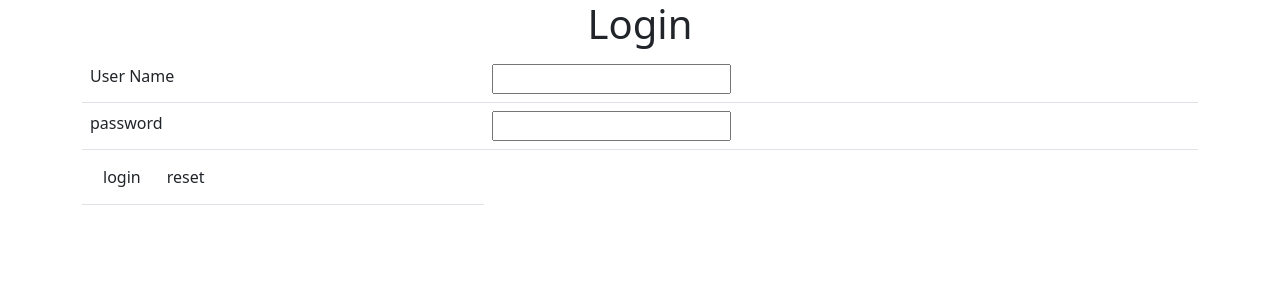
Repository: manmadharaomaruvada/servlets
Page: RequestDispatcherDemo/src/main/webapp/login.html
The author's editor kept a copy of each file at every save. The page is drawn from the files as they stood at one save, then again after the next save.
The browser window is 1280 px wide. The pictures show the whole page.

Above is the page before, as saved 2022-10-17 10:28:06.

### RequestDispatcherDemo/src/main/webapp/login.html
<!DOCTYPE html>
<html>
<head>
<meta charset="ISO-8859-1">
<!-- CSS only -->
<link
	href="https://cdn.jsdelivr.net/npm/bootstrap@5.2.2/dist/css/bootstrap.min.css"
	rel="stylesheet"
	integrity="sha384-Zenh87qX5JnK2Jl0vWa8Ck2rdkQ2Bzep5IDxbcnCeuOxjzrPF/et3URy9Bv1WTRi"
	crossorigin="anonymous">
<title>MyLoginApplication</title>
</head>
<body>
	<center>
		<h1>Login</h1>
	</center>
	<div class='container'>
		<form action="./Login" method="post">
			<table align='center' class="table">
				<tr>
					<td>User Name</td>
					<td><input type="text" name="uname" class='form-contlo' /></td>
				</tr>
				<tr>
					<td>password</td>
					<td><input type="password" name="pwd" class='form-contlo' /></td>
				</tr>
				<tr>
					<td><input type="submit" value="login" class="btn btn primary" /><input
						type="submit" value="reset" class="btn btn danger" /></td>
				</tr>
			</table>
		</form>
	</div>
</body>
</html>

After the next save:
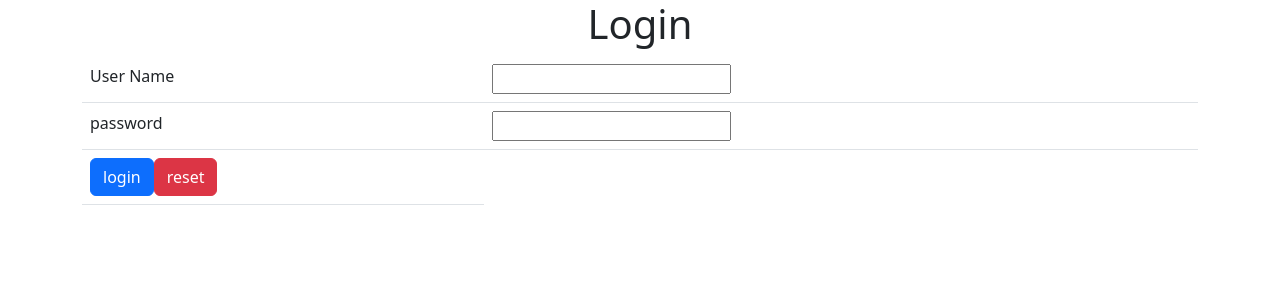
Saved 60 s later.
--- a/RequestDispatcherDemo/src/main/webapp/login.html
+++ b/RequestDispatcherDemo/src/main/webapp/login.html
@@ -26,8 +26,8 @@
 					<td><input type="password" name="pwd" class='form-contlo' /></td>
 				</tr>
 				<tr>
-					<td><input type="submit" value="login" class="btn btn primary" /><input
-						type="submit" value="reset" class="btn btn danger" /></td>
+					<td><input type="submit" value="login" class="btn btn-primary" /><input
+						type="submit" value="reset" class="btn btn-danger" /></td>
 				</tr>
 			</table>
 		</form>
